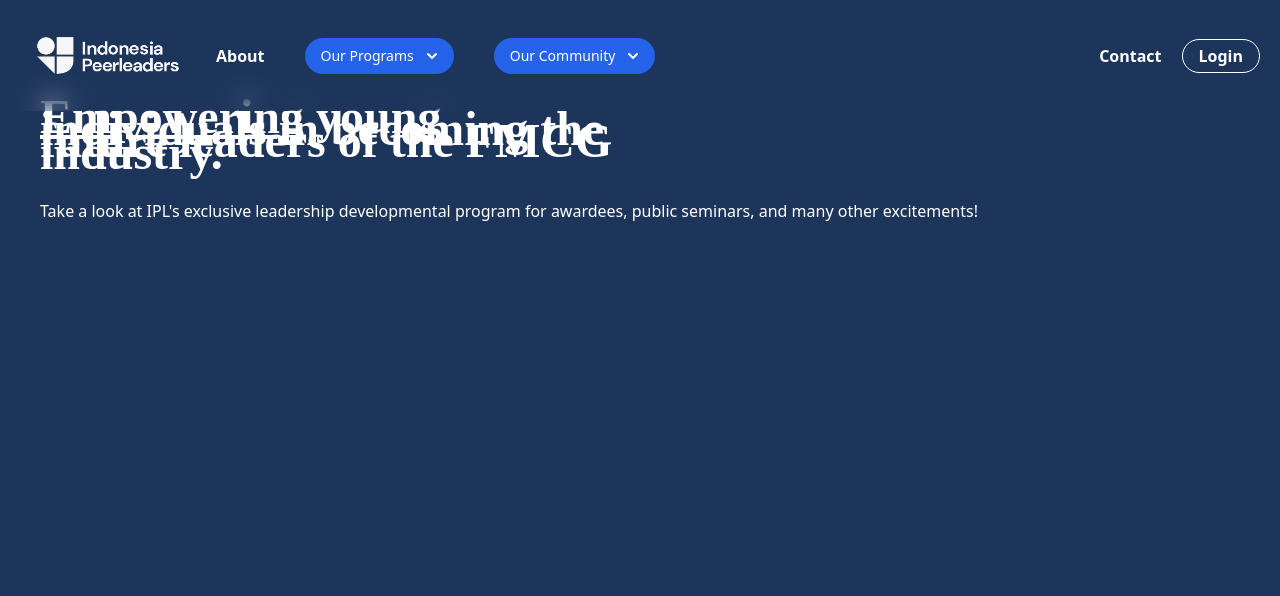
Repository: Delos-343/IPL-Website-Dev
Page: /
These files come from the project's save history. The page is drawn as it stood at one moment and after the next save; the edit follows.
The browser window is 1280 px wide. The pictures show the whole page.
The project was rebuilt for these pictures with package versions that can differ from the ones it lists, and the page was loaded fresh each time. The framework's server and built-in components were replaced by stand-ins that run in the browser. Also part of the build but not shown: next.config.js.

Above is the page before, as saved 2022-04-25 17:21:30.

After the next save:
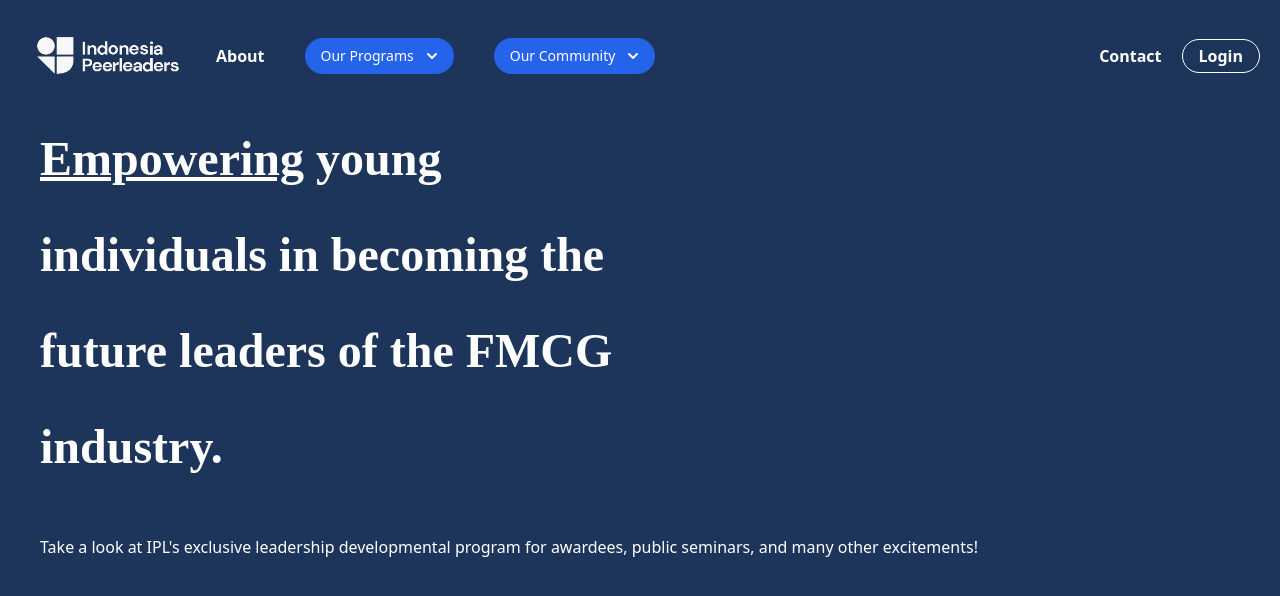
Saved 28 s later.
--- a/components/Hero.tsx
+++ b/components/Hero.tsx
@@ -5,7 +5,7 @@
     <div>
       <div className='text-white flex justify-between items-center py-10 lg:py-0'>
         <div className='px-10 space-y-10'>
-          <h1 className="text-5xl max-w-xl leading-3 font-['Poppins'] font-semibold">
+          <h1 className="text-5xl max-w-xl leading-loose font-['Poppins'] font-semibold">
             <span className='underline decoration-white decoration-4'>
               Empowering
             </span>{" "}
